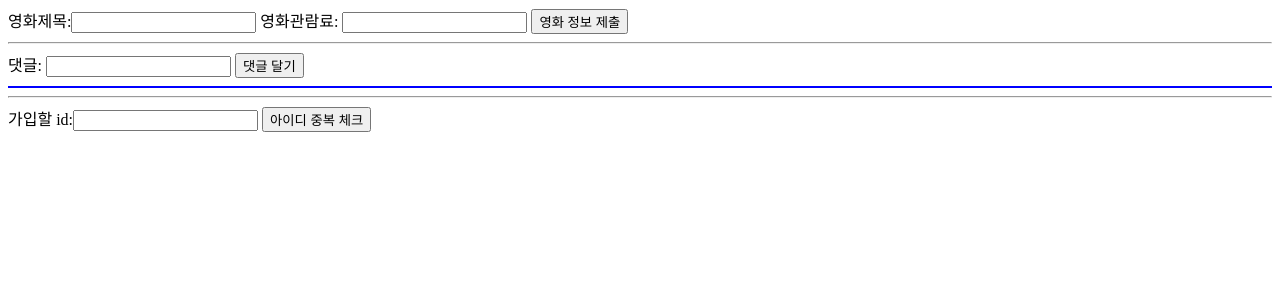
Repository: syshin0116/Himedia
Page: http://localhost/spring05/ajax3.jsp
The author's editor kept a copy of each file at every save. The page is drawn from the files as they stood at one save, then again after the next save.
The browser window is 1280 px wide. The pictures show the whole page.
The page is served by Tomcat 9.

Above is the page before, as saved 2022-02-18 01:14:59.

After the next save:
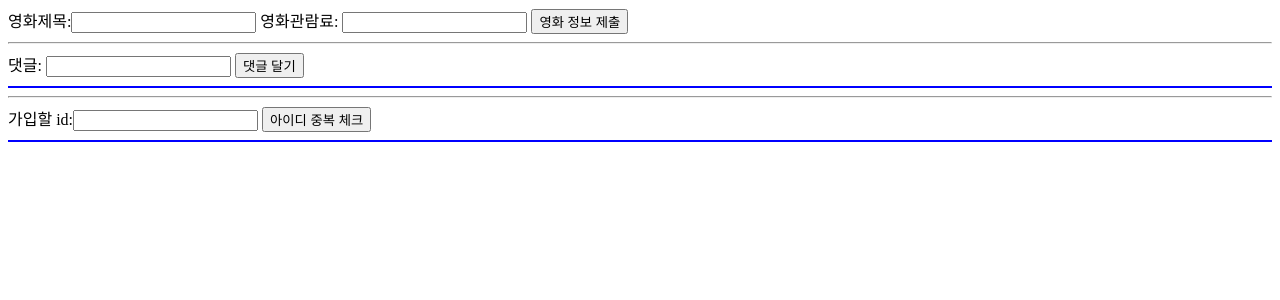
Saved 10 s later.
--- a/Java/-0218-master/spring05/src/main/webapp/ajax3.jsp
+++ b/Java/-0218-master/spring05/src/main/webapp/ajax3.jsp
@@ -30,5 +30,7 @@
 	<hr>
 	가입할 id:<input type="text" name="usere" id="user">
 	<button id="b3">아이디 중복 체크</button>
+	<hr color="blue">
+	<div id="d2"></div>
 </body>
 </html>
